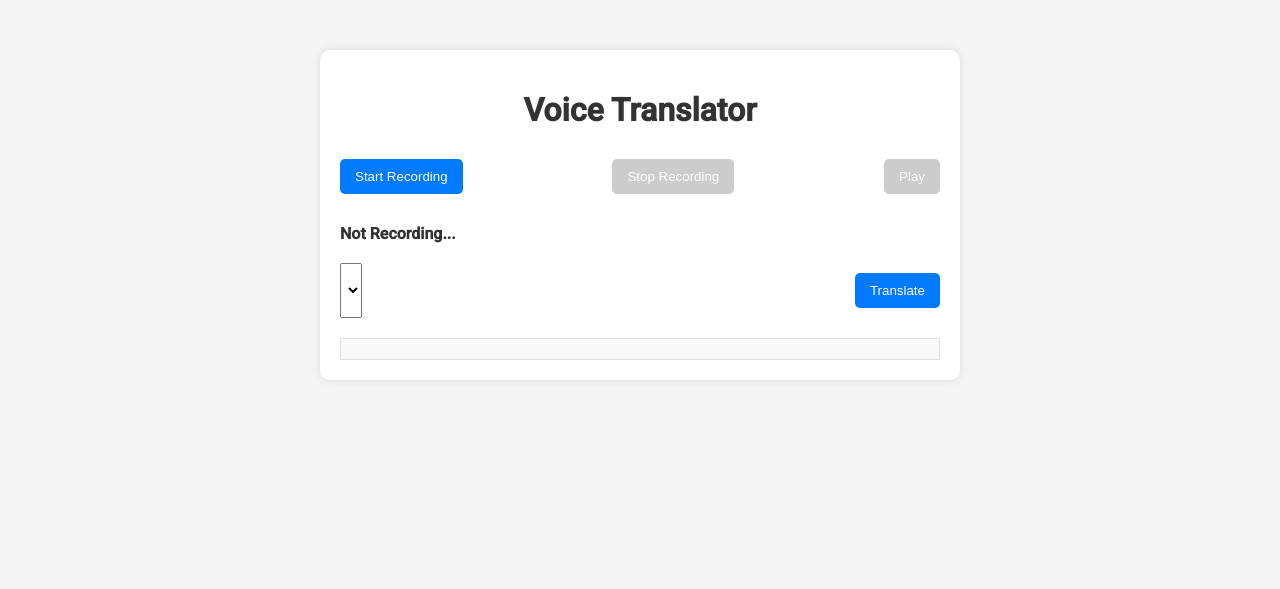
Repository: Tobby004/voice-and-text-translator
Page: index.html
The author's editor kept a copy of each file at every save. The page is drawn from the files as they stood at one save, then again after the next save.
The browser window is 1280 px wide. The pictures show the whole page.
The page's requests for data from a server got no answer.

Above is the page before, as saved 2023-08-29 18:05:27.
Console error: ReferenceError: populateLanguageDropdown is not defined

### index.html
<!DOCTYPE html>
<html lang="en">
<head>
    <meta charset="UTF-8">
    <meta http-equiv="X-UA-Compatible" content="IE=edge">
    <meta name="viewport" content="width=device-width, initial-scale=1.0">
    <title>Voice Translator</title>
    <link rel="stylesheet" href="style.css">
    <link href="https://fonts.googleapis.com/css2?family=Roboto:wght@400;500&display=swap" rel="stylesheet">
</head>
<body>
    <div class="container">
        <h1>Voice Translator</h1>
        <div class="controls">
            <button id="startRecord">Start Recording</button>
            <button id="stopRecord" disabled>Stop Recording</button>
            <button id="playAudio" disabled>Play</button>
            <a id="downloadAudio" href="#" download="recording.wav" style="display: none;">Download Recording</a>
        </div>
        <div id="recordingStatus">Not Recording...</div>
        <audio id="audioPlayer" controls style="display:none;"></audio>

        <div class="translation-controls">
            <select id="languageSelect"></select>
            <button id="translate">Translate</button>
        </div>
        <div id="translatedText"></div>
    </div>
    <script src="app.js"></script>
    <script src="translator.js"></script>
</body>
</html>

### style.css
body {
    font-family: 'Roboto', sans-serif;
    background-color: #f4f4f4;
    color: #333;
}

.container {
    max-width: 600px;
    margin: 50px auto;
    background-color: #fff;
    padding: 20px;
    box-shadow: 0px 0px 10px rgba(0, 0, 0, 0.1);
    border-radius: 10px;
}

h1 {
    text-align: center;
    margin-bottom: 20px;
}

.controls {
    display: flex;
    justify-content: space-between;
    flex-wrap: wrap;
}

button {
    margin: 10px 0;
    padding: 10px 15px;
    font-weight: 500;
    border: none;
    border-radius: 5px;
    cursor: pointer;
    background-color: #007BFF;
    color: #fff;
    transition: background-color 0.3s ease;
}

button:hover {
    background-color: #0056b3;
}

button:disabled {
    background-color: #ccc;
    cursor: not-allowed;
}

#recordingStatus {
    margin-top: 20px;
    font-weight: bold;
}

#audioPlayer {
    width: 100%;
    margin-top: 20px;
}

.translation-controls {
    margin-top: 20px;
    display: flex;
    justify-content: space-between;
}

#translatedText {
    margin-top: 20px;
    padding: 10px;
    border: 1px solid #e0e0e0;
    background-color: #f9f9f9;
}

### app.js
let mediaRecorder;
let audioChunks = [];
let audioBlob;
let audioUrl;
let audio = new Audio();
let recordingInterval;

document.getElementById("startRecord").addEventListener("click", startRecording);
document.getElementById("stopRecord").addEventListener("click", stopRecording);
document.getElementById("playAudio").addEventListener("click", playLastRecording);
document.getElementById("translate").addEventListener("click", translateRecording);

async function startRecording() {
    let stream = await navigator.mediaDevices.getUserMedia({ audio: true });
    mediaRecorder = new MediaRecorder(stream);
    mediaRecorder.ondataavailable = event => {
        audioChunks.push(event.data);
    };
    mediaRecorder.onstop = () => {
        audioBlob = new Blob(audioChunks, { type: 'audio/wav' });
        audioUrl = URL.createObjectURL(audioBlob);
        audio.src = audioUrl;

        const audioPlayer = document.getElementById("audioPlayer");
        audioPlayer.src = audioUrl;
        audioPlayer.style.display = "block";

        const downloadLink = document.getElementById("downloadAudio");
        downloadLink.href = audioUrl;
        downloadLink.style.display = "block";
    };
    audioChunks = [];
    mediaRecorder.start();
    document.getElementById("startRecord").disabled = true;
    document.getElementById("stopRecord").disabled = false;

    let recordingDuration = 0;
    document.getElementById("recordingStatus").textContent = "Recording: 00:00";
    recordingInterval = setInterval(() => {
        recordingDuration += 1;
        let minutes = Math.floor(recordingDuration / 60);
        let seconds = recordingDuration % 60;
        document.getElementById("recordingStatus").textContent = `Recording: ${String(minutes).padStart(2, '0')}:${String(seconds).padStart(2, '0')}`;
    }, 1000);
}

function stopRecording() {
    mediaRecorder.stop();
    document.getElementById("startRecord").disabled = false;
    document.getElementById("stopRecord").disabled = true;
    document.getElementById("playAudio").disabled = false;

    clearInterval(recordingInterval);
    document.getElementById("recordingStatus").textContent = "Recording Stopped";
}

function playLastRecording() {
    const audioPlayer = document.getElementById("audioPlayer");
    audioPlayer.currentTime = 0;
    audioPlayer.play();
}

async function translateRecording() {
    if (!audioBlob) {
        alert("Please record something first!");
        return;
    }
    // Placeholder for sending the audioBlob to a voice-to-text service
    let transcribedText = "This is a placeholder for the transcribed text."; // This should be replaced with actual transcribed text

    const sourceLang = 'en'; // Assuming the source language is English
    const targetLang = document.getElementById("languageSelect").value;

    await translateText(sourceLang, targetLang, transcribedText);
}
// Populate the language dropdown on page load
populateLanguageDropdown();

### translator.js
// translator.js

const API_KEY = 'YOUR_GOOGLE_CLOUD_API_KEY';

// Fetching the list of supported languages
async function fetchSupportedLanguages() {
    const response = await fetch(`https://translation.googleapis.com/language/translate/v2/languages?key=${API_KEY}`);
    const data = await response.json();
    const languages = data.data.languages.map(lang => lang.language);
    populateLanguagesDropdown(languages);  // Function to populate the dropdown with fetched languages
    return languages;
}

// Translating text
async function translateText(sourceLang, targetLang, text) {
    const response = await fetch(`https://translation.googleapis.com/language/translate/v2?key=${API_KEY}&source=${sourceLang}&target=${targetLang}&q=${text}`);
    const data = await response.json();
    displayTranslatedText(data.data.translations[0].translatedText);  // Function to display the translated text to the user
}

// Function to populate the language dropdown with the list of supported languages
function populateLanguagesDropdown(languages) {
    const dropdown = document.getElementById('languageSelect');
    languages.forEach(lang => {
        const option = document.createElement('option');
        option.value = lang;
        option.innerText = lang;
        dropdown.appendChild(option);
    });
}

// Function to display the translated text to the user
function displayTranslatedText(translatedText) {
    const outputDiv = document.getElementById('translatedText');
    outputDiv.innerText = translatedText;
}

// Initial call to populate the dropdown when the page loads
document.addEventListener('DOMContentLoaded', fetchSupportedLanguages);

After the next save:
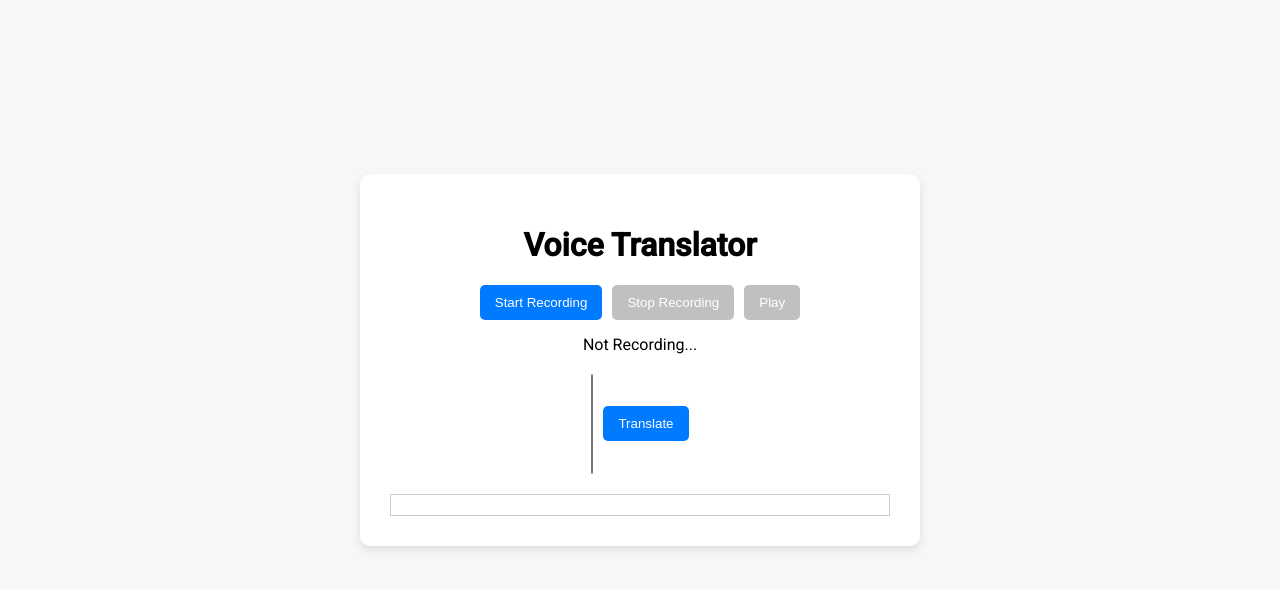
Saved 30 min 52 s later.
--- a/index.html
+++ b/index.html
@@ -21,10 +21,12 @@
         <audio id="audioPlayer" controls style="display:none;"></audio>
 
         <div class="translation-controls">
-            <select id="languageSelect"></select>
+            <select id="languageSelect" multiple></select>
             <button id="translate">Translate</button>
         </div>
-        <div id="translatedText"></div>
+        <div id="translatedTextContainer">
+            <!-- Translated texts will be appended here -->
+        </div>
     </div>
     <script src="app.js"></script>
     <script src="translator.js"></script>
--- a/style.css
+++ b/style.css
@@ -1,39 +1,41 @@
 body {
     font-family: 'Roboto', sans-serif;
-    background-color: #f4f4f4;
-    color: #333;
+    background-color: #f7f7f7;
+    display: flex;
+    justify-content: center;
+    align-items: center;
+    height: 100vh;
+    margin: 0;
 }
 
 .container {
-    max-width: 600px;
-    margin: 50px auto;
-    background-color: #fff;
-    padding: 20px;
-    box-shadow: 0px 0px 10px rgba(0, 0, 0, 0.1);
+    background: white;
+    padding: 30px;
     border-radius: 10px;
+    box-shadow: 0 4px 8px rgba(0, 0, 0, 0.1);
+    width: 80%;
+    max-width: 500px;
 }
 
 h1 {
     text-align: center;
-    margin-bottom: 20px;
 }
 
 .controls {
     display: flex;
-    justify-content: space-between;
-    flex-wrap: wrap;
+    gap: 10px;
+    justify-content: center;
+    margin-top: 20px;
 }
 
 button {
-    margin: 10px 0;
+    cursor: pointer;
     padding: 10px 15px;
-    font-weight: 500;
     border: none;
     border-radius: 5px;
-    cursor: pointer;
     background-color: #007BFF;
-    color: #fff;
-    transition: background-color 0.3s ease;
+    color: white;
+    transition: background-color 0.3s;
 }
 
 button:hover {
@@ -41,29 +43,34 @@ button:hover {
 }
 
 button:disabled {
-    background-color: #ccc;
+    background-color: #c0c0c0;
     cursor: not-allowed;
 }
 
 #recordingStatus {
-    margin-top: 20px;
-    font-weight: bold;
+    text-align: center;
+    margin-top: 15px;
 }
 
 #audioPlayer {
     width: 100%;
+    margin-top: 10px;
+}
+
+.translation-controls {
+    display: flex;
+    gap: 10px;
+    justify-content: center;
+    align-items: center;
     margin-top: 20px;
 }
 
-.translation-controls {
-    margin-top: 20px;
-    display: flex;
-    justify-content: space-between;
+#languageSelect {
+    height: 100px;
 }
 
-#translatedText {
+#translatedTextContainer {
     margin-top: 20px;
     padding: 10px;
-    border: 1px solid #e0e0e0;
-    background-color: #f9f9f9;
+    border: 1px solid #ccc;
 }
--- a/app.js
+++ b/app.js
@@ -11,6 +11,10 @@ document.getElementById("playAudio").addEventListener("click", playLastRecording
 document.getElementById("translate").addEventListener("click", translateRecording);
 
 async function startRecording() {
+    audioChunks = []; // Clear previous recording chunks
+    audioBlob = null; // Reset previous audio blob
+    audioUrl = null; // Reset previous audio URL
+
     let stream = await navigator.mediaDevices.getUserMedia({ audio: true });
     mediaRecorder = new MediaRecorder(stream);
     mediaRecorder.ondataavailable = event => {
@@ -29,7 +33,6 @@ async function startRecording() {
         downloadLink.href = audioUrl;
         downloadLink.style.display = "block";
     };
-    audioChunks = [];
     mediaRecorder.start();
     document.getElementById("startRecord").disabled = true;
     document.getElementById("stopRecord").disabled = false;
@@ -65,13 +68,24 @@ async function translateRecording() {
         alert("Please record something first!");
         return;
     }
+
     // Placeholder for sending the audioBlob to a voice-to-text service
-    let transcribedText = "This is a placeholder for the transcribed text."; // This should be replaced with actual transcribed text
+    let transcribedText = "This is a placeholder for the transcribed text.";
 
-    const sourceLang = 'en'; // Assuming the source language is English
-    const targetLang = document.getElementById("languageSelect").value;
+    const sourceLang = 'en';
+    const languageSelect = document.getElementById("languageSelect");
+    const selectedLanguages = Array.from(languageSelect.selectedOptions).map(option => option.value);
 
-    await translateText(sourceLang, targetLang, transcribedText);
+    const translatedContainer = document.getElementById("translatedTextContainer");
+    translatedContainer.innerHTML = "";  // Clear previous translations
+
+    for (let targetLang of selectedLanguages) {
+        let translated = await translateText(sourceLang, targetLang, transcribedText);
+        let translatedDiv = document.createElement("div");
+        translatedDiv.textContent = `Translation (${targetLang}): ${translated}`;
+        translatedContainer.appendChild(translatedDiv);
+    }
 }
+
 // Populate the language dropdown on page load
 populateLanguageDropdown();
